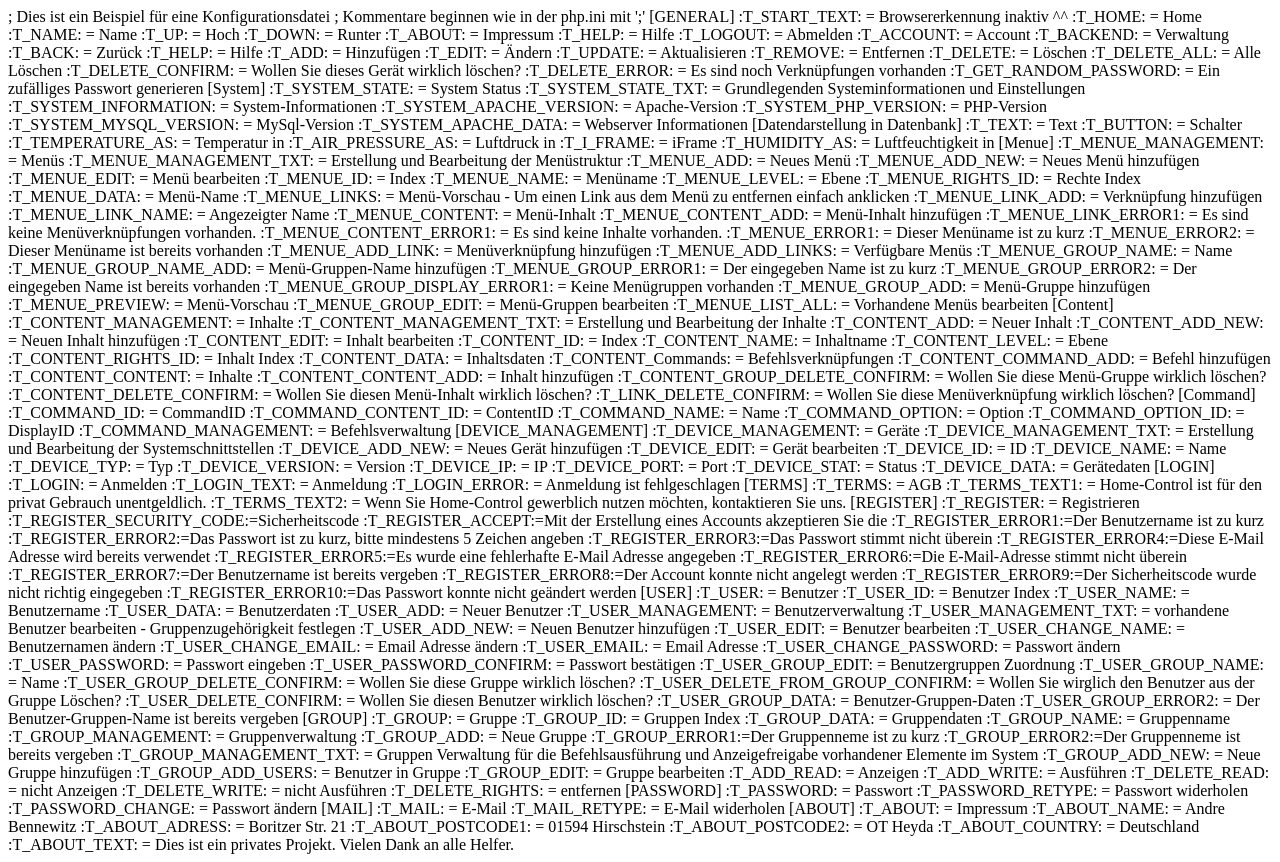
Repository: 0xF3ERROR/Home-Control
Page: http://localhost/language/lang_Ger.php
These files come from the project's save history. The page is drawn as it stood at one moment and after the next save; the edit follows.
The browser window is 1280 px wide. The pictures show the whole page.
The page is run by PHP 8.4 with error messages shown; the project is at /var/www/html/.

Above is the page before, as saved 2012-09-16 15:14:38.

After the next save:
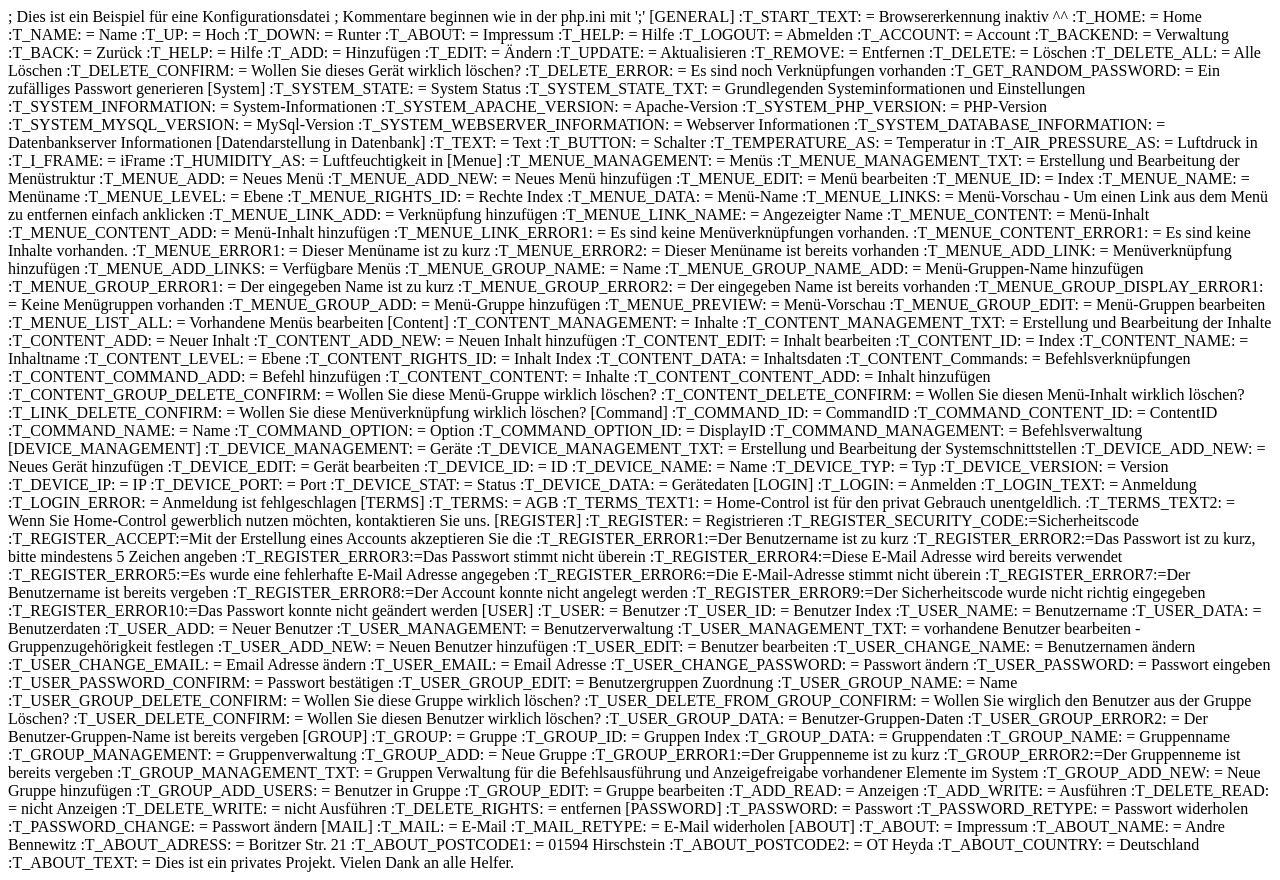
Saved 48 s later.
--- a/Source/language/lang_Ger.php
+++ b/Source/language/lang_Ger.php
@@ -33,8 +33,8 @@
 :T_SYSTEM_APACHE_VERSION: = Apache-Version
 :T_SYSTEM_PHP_VERSION: = PHP-Version
 :T_SYSTEM_MYSQL_VERSION: = MySql-Version
-:T_SYSTEM_APACHE_DATA: = Webserver Informationen
-
+:T_SYSTEM_WEBSERVER_INFORMATION: = Webserver Informationen
+:T_SYSTEM_DATABASE_INFORMATION: = Datenbankserver Informationen
 
 
 [Datendarstellung in Datenbank]
